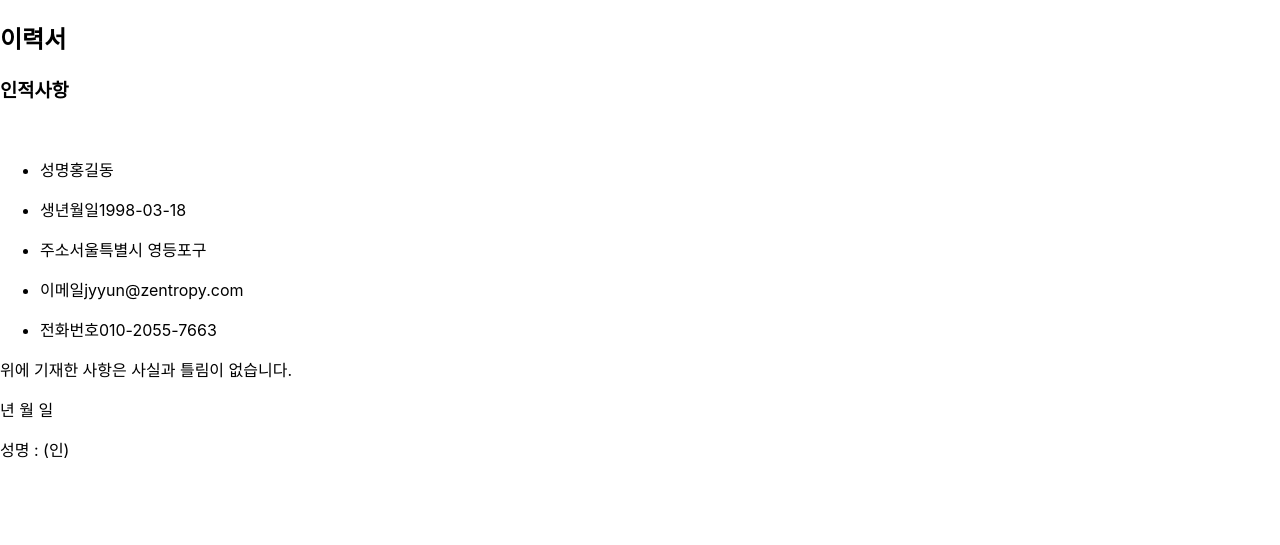
Repository: jiyeonyun/Resume
Page: / (app in resumes/)
These files come from the project's save history. The page is drawn as it stood at one moment and after the next save; the edit follows.
The browser window is 1280 px wide. The pictures show the whole page.
The project was rebuilt for these pictures with package versions that can differ from the ones it lists, and the page was loaded fresh each time. Also part of the build but not shown: resumes/src/App.module.css.

Above is the page before, as saved 2022-05-25 14:45:18.

### resumes/src/App.jsx
import { useState } from "react";
import styles from "./App.module.css";
import Educational from "./components/educationalHIstory/educational";
import Footer from "./components/footer/footer";
import Header from "./components/header/header";
import PersonalInfo from "./components/personalInfo/personalInfo";
function App() {
  const [personalInfoData, setPersonalInfoData] = useState({
    name: "홍길동",
    birth: "1998-03-18",
    adress: "서울특별시 영등포구",
    email: "jyyun@zentropy.com",
    number: "010-2055-7663",
  });
  return (
    <div className="App">
      <Header />
      <PersonalInfo personalInfoData={personalInfoData} />
      <Educational />
      <Footer />
    </div>
  );
}

export default App;

### resumes/src/components/educationalHIstory/educational.jsx
import React from "react";
import edudata from "../../data/edudata";
const Educational = (props) => {
  console.log(edudata);
  return (
    <section>
      <ul></ul>
    </section>
  );
};

export default Educational;

### resumes/src/components/footer/footer.jsx
import React from "react";

const Footer = (props) => {
  return (
    <footer>
      <p>위에 기재한 사항은 사실과 틀림이 없습니다.</p>
      <p>년 월 일</p>
      <p>성명 : (인) </p>
    </footer>
  );
};

export default Footer;

### resumes/src/components/header/header.jsx
import React from "react";

const Header = (props) => {
  return (
    <header>
      <h2>이력서</h2>
    </header>
  );
};

export default Header;

### resumes/src/components/personalInfo/personalInfo.jsx
import React from "react";

const PersonalInfo = ({ personalInfoData }) => {
  return (
    <section>
      <h3>인적사항</h3>
      <div>
        <div>
          <img src="" alt="" />
        </div>
        <div>
          <ul>
            <li>
              <span>성명</span>
              <span>{personalInfoData.name}</span>
            </li>
          </ul>
          <ul>
            <li>
              <span>생년월일</span>
              <span>{personalInfoData.birth}</span>
            </li>
          </ul>
          <ul>
            <li>
              <span>주소</span>
              <span>{personalInfoData.adress}</span>
            </li>
          </ul>
          <ul>
            <li>
              <span>이메일</span>
              <span>{personalInfoData.email}</span>
            </li>
          </ul>
          <ul>
            <li>
              <span>전화번호</span>
              <span>{personalInfoData.number}</span>
            </li>
          </ul>
        </div>
      </div>
    </section>
  );
};

export default PersonalInfo;

### resumes/src/data/edudata.js
export default [
  {
    date: "2014.03 ~ 2017.02",
    content: "@@ 고등학교",
    grade: "인문계",
    gradu: true,
  },
  {
    date: "2017.03 ~ 2020.08",
    content: "@@ 대학교 경영정보학 전공",
    grade: "4.0/4.5",
    gradu: true,
  },
  {
    date: "2020.09 ~ 2023.09",
    content: "@@ 대학교 @@ 대학원 경영정보학 전공",
    grade: "4.0/4.5",
    gradu: true,
  },
];

Loaded but not shown: resumes/public/index.html (common file); resumes/src/index.js (common file); resumes/src/index.css (common file); resumes/src/reportWebVitals.js (common file)

After the next save:
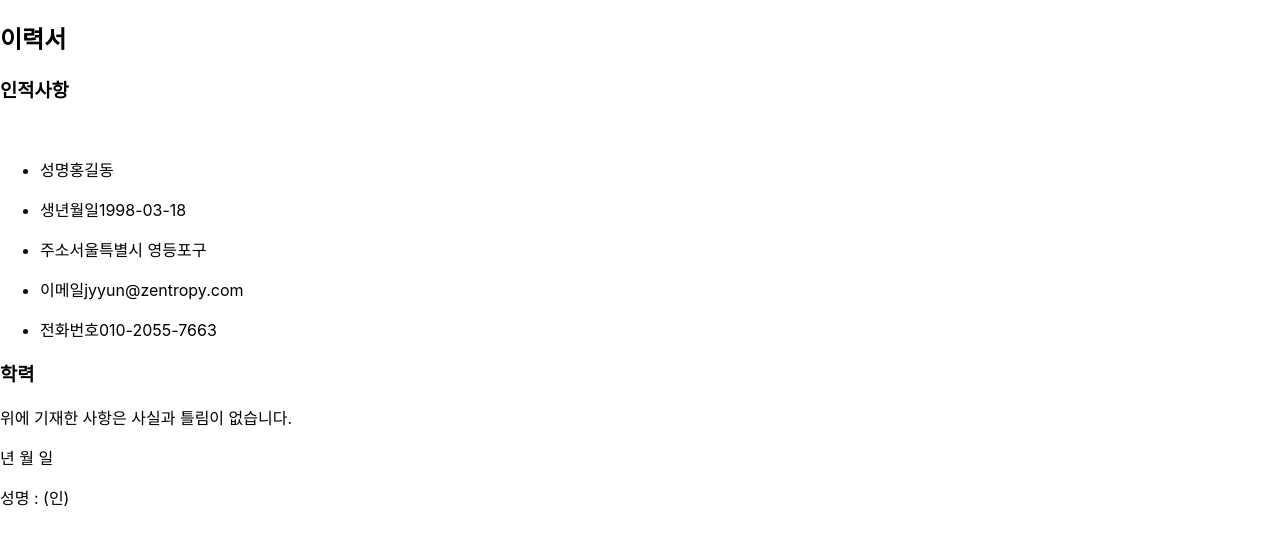
Saved 20 s later.
--- a/resumes/src/components/educationalHIstory/educational.jsx
+++ b/resumes/src/components/educationalHIstory/educational.jsx
@@ -4,6 +4,7 @@ const Educational = (props) => {
   console.log(edudata);
   return (
     <section>
+      <h3>학력</h3>
       <ul></ul>
     </section>
   );
